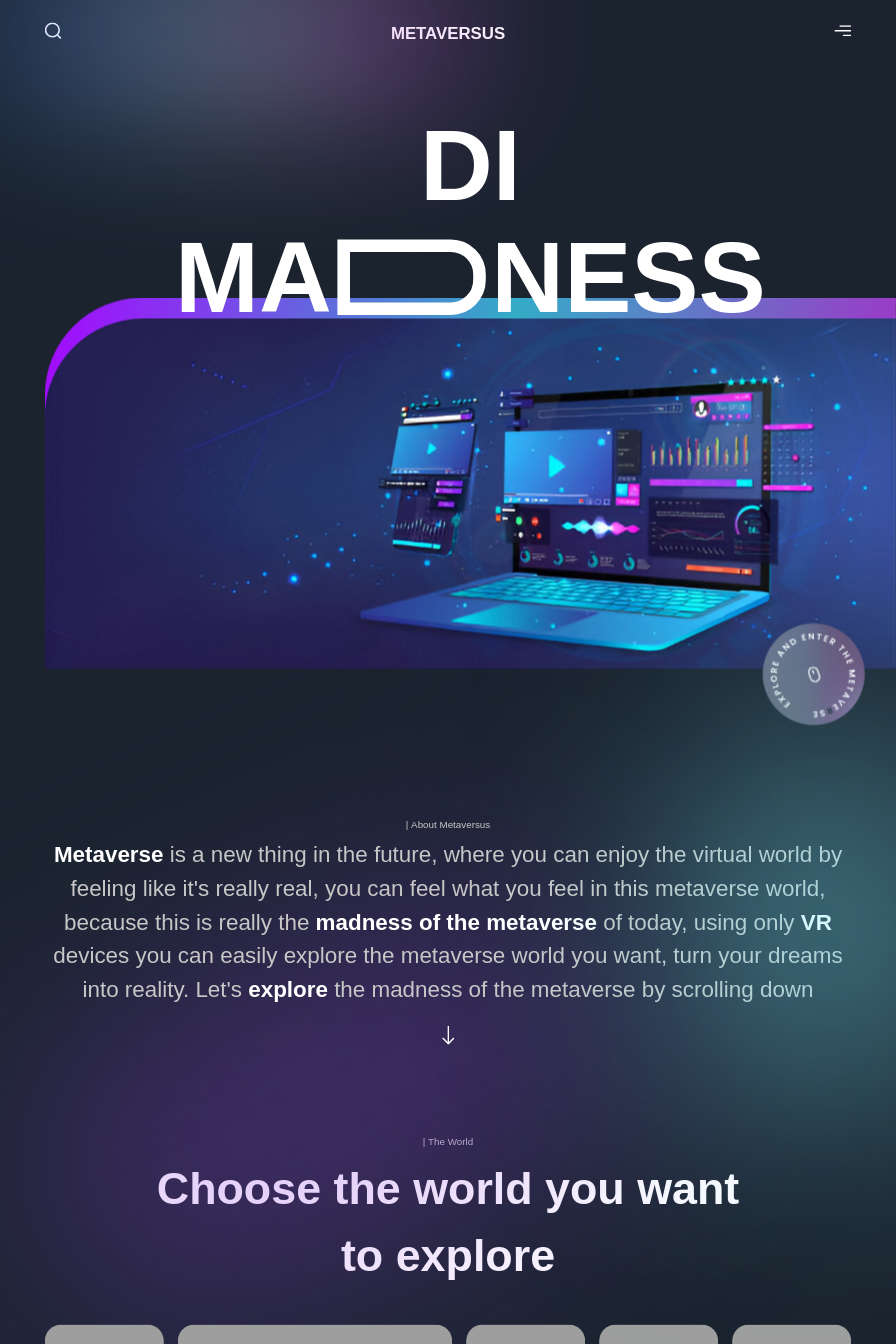
Repository: Shanuga123/metaversus
Page: /
These files come from the project's save history. The page is drawn as it stood at one moment and after the next save; the edit follows.
The browser window is 1280 px wide. The pictures show the part of the page from y = 0 to 1920 px (the page is 7254 px tall), at 70% of full size.
Pictures or frames that could not be fetched are drawn as grey boxes. Some web fonts or font styles are not loaded; a fallback is used. The project was rebuilt for these pictures with package versions that can differ from the ones it lists, and the page was loaded fresh each time. The framework's server and built-in components were replaced by stand-ins that run in the browser. Also part of the build but not shown: next.config.js.

Above is the page before, as saved 2024-08-05 19:24:45.

After the next save:
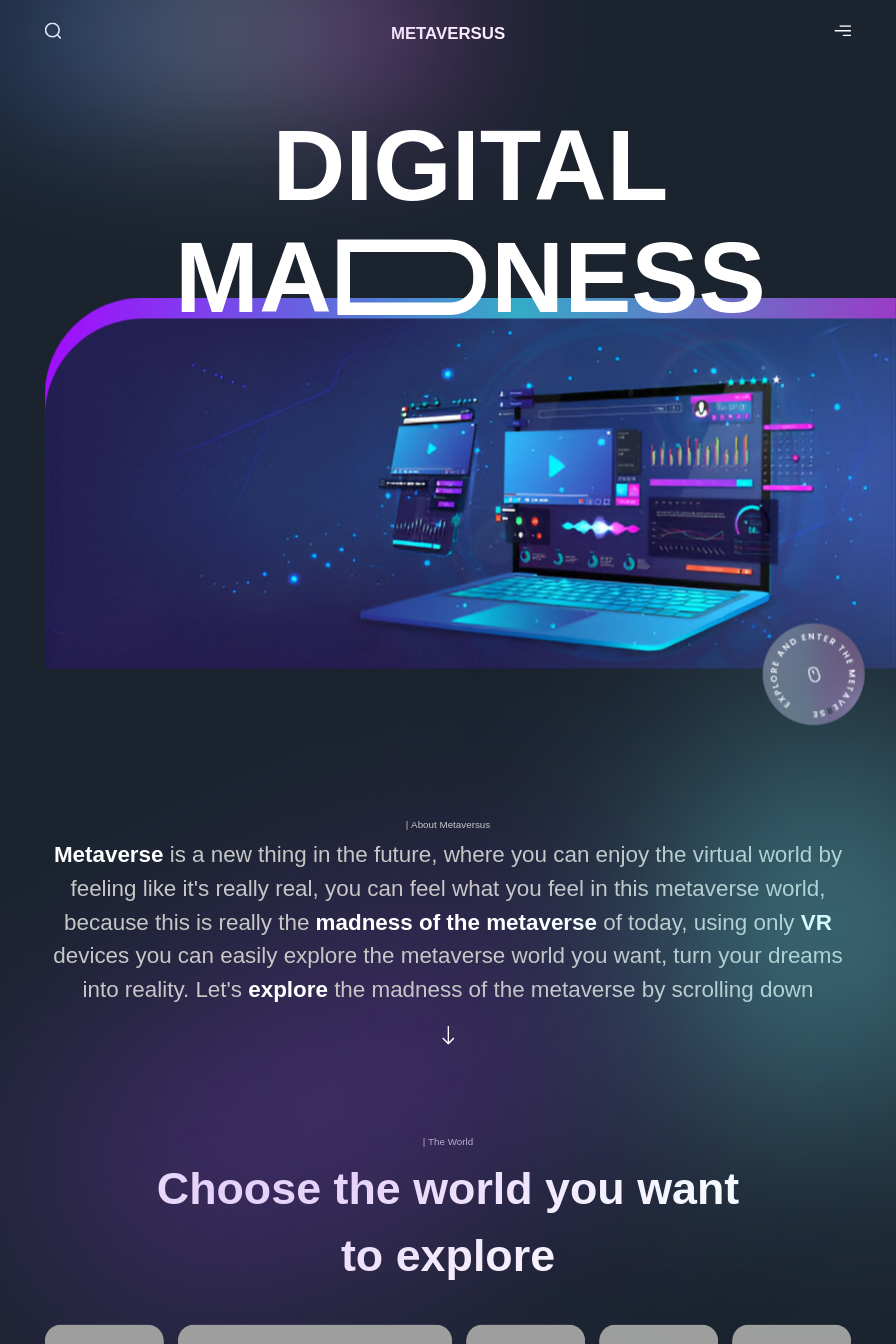
Saved 4 s later.
--- a/sections/Hero.jsx
+++ b/sections/Hero.jsx
@@ -16,7 +16,7 @@ const Hero = () => (
     >
       <div className="flex justify-center items-center flex-col relative z-10">
         <motion.h1 variants={textVariant(1.1)} className={styles.heroHeading}>
-          Di
+          Digital
         </motion.h1>
         <motion.div
           variants={textVariant(1.2)}
